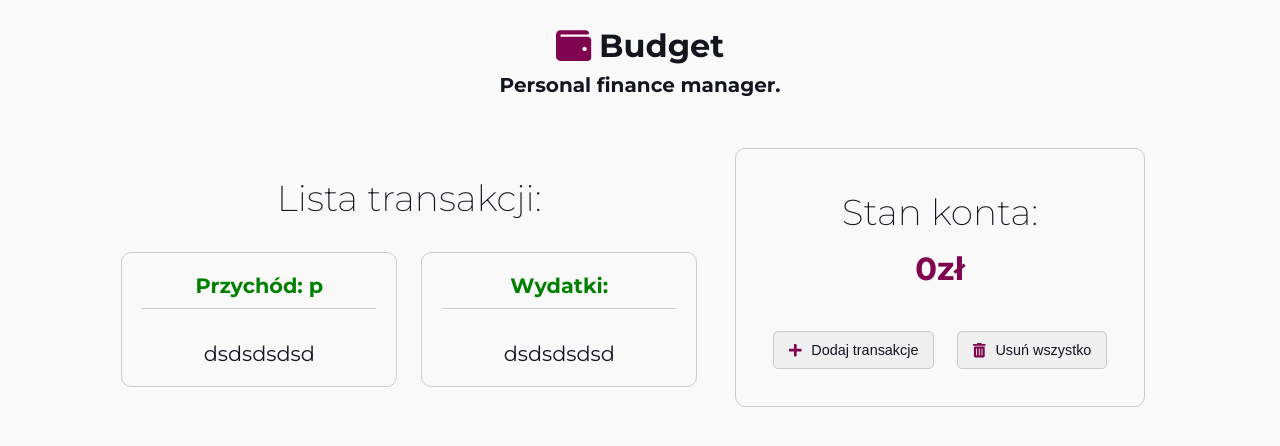
Repository: KrzysKolo/sr_tydzien4_zad4
Page: /
These files come from the project's save history. The page is drawn as it stood at one moment and after a run of saves; the edit follows.
The browser window is 1280 px wide. The pictures show the whole page.
Some web libraries are served in a nearby version. The project was rebuilt for these pictures with package versions that can differ from the ones it lists, and the page was loaded fresh each time. Also part of the build but not shown: src/components/budgetComponents/formComponents/Header.js, src/components/budgetComponents/formComponents/ErrorMessage.js, src/components/budgetComponents/formComponents/Input.js, src/components/budgetComponents/formComponents/Select.js.

Above is the page before, as saved 2020-12-03 21:08:56.

After the next 2 saves:
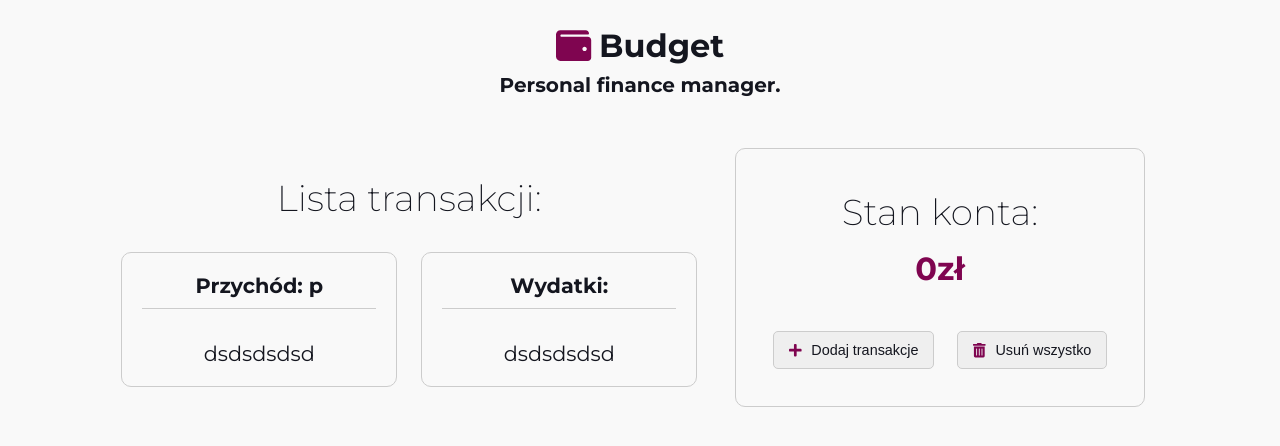
The 2 saves are shown as one change because 1 did not build or start.
The last was saved 84 s later.
--- a/src/components/budgetComponents/sectionComponents/H1.js
+++ b/src/components/budgetComponents/sectionComponents/H1.js
@@ -1,14 +1,17 @@
 import React from 'react'
 import styled from 'styled-components';
 
+const TitleH1Styles = (label) => `
+border-bottom: 1px solid #ccc;
+color: ${label => label='p' ? 'green' : 'red'};
+margin-bottom: 2rem;
+padding-bottom: 10px;
+display: block;
+width: 100%;
+text-align: center;
+`;
 const TitleH1 = styled.h1`
-    border-bottom: 1px solid #ccc;
-    color: ${label => label='p' ? 'green' : 'red'};
-    margin-bottom: 2rem;
-    padding-bottom: 10px;
-    display: block;
-    width: 100%;
-    text-align: center;
+      ${props => TitleH1Styles(props.label)}
 `;
 
 const H1 = ({title, label}) => {
